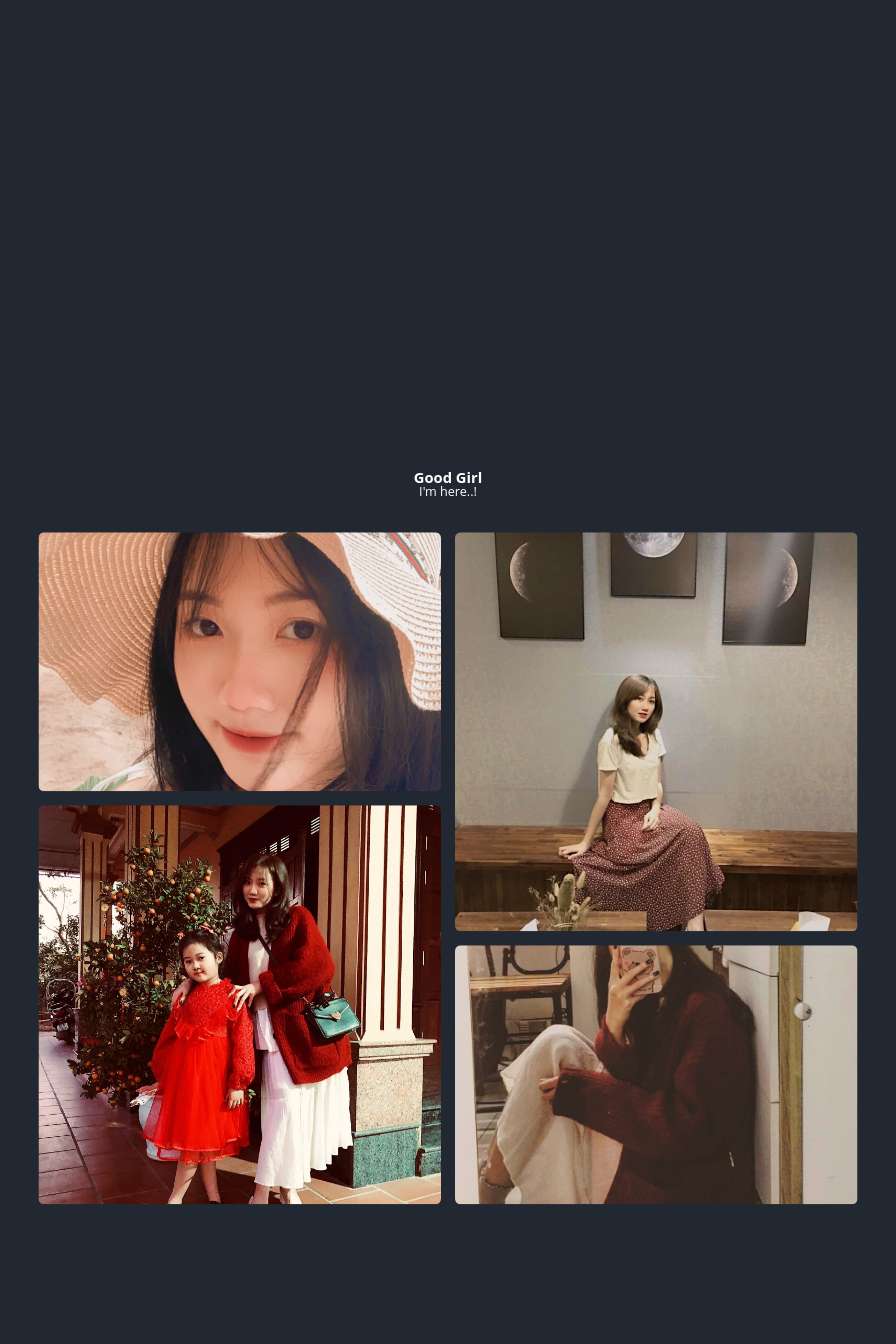
Repository: Datt21/p-happyB
Page: index.html
These files come from the project's save history. The page is drawn as it stood at one moment and after the next save; the edit follows.
The browser window is 1280 px wide. The pictures show the part of the page from y = 969 to 2889 px (the page is 2889 px tall before and 2871 px after), at 70% of full size.
Some icons come from a web library that is not loaded, so they are not drawn.

Above is the page before, as saved 2021-08-31 05:31:16.

### index.html
<!DOCTYPE html>
<html lang="en">
<head>
    <meta charset="UTF-8">
    <meta http-equiv="X-UA-Compatible" content="IE=edge">
    <meta name="viewport" content="width=device-width, initial-scale=1.0">
    <title>Document</title>
    <link rel="stylesheet" href="https://unicons.iconscout.com/release/v4.0.0/css/line.css">
    <link rel="stylesheet" href="./app.css">
</head>
<body>
<div class="wrapper">
    <header class="header">
        <div class="container">
            <div class="header-main">
                <div class="header-info">
                    <img src="./images/lemon.jpg" alt="" class="img-logo">
                    <div class="info">
                        <div class="info-name">Thúy Nga</div>
                        <div class="birth-day">02-09-2000 <i class="uil uil-users-alt"></i> </div>
                    </div>
                </div>

                <div class="menu">
                    <span class="text">Happy special day!</span>
                </div>

                <div class="icon-gift">
                    <a href=""><i class="uil uil-gift"></i></a>
                </div>
            </div>
        </div>
    </header>

    <main>
        <section class="about">
            <div class="container">
                <div class="you-header">
                    <h3 class="caption">Good Girl</h3>
                    <div class="heading">I'm here..!</div>
                </div>
                <div class="about-list">
                    <div class="about-item">
                        <img src="./images/img1.jpg" alt="">
                    </div>
                    <div class="about-item">
                        <img src="./images/img2.jpg" alt="">
                    </div>
                    <div class="about-item">
                        <img src="./images/img3.jpg" alt="">
                    </div>
                    <div class="about-item">
                        <img src="./images/img4.jpg" alt="">
                    </div>
                </div>
            </div>
        </section>
    </main>
</div>
    <script src="./app.js"></script>
</body>
</html>

### app.css
html {
    box-sizing: border-box;
}

* {
    margin: 0;
    padding: 0;
}

*,
*:before,
*:after {
    box-sizing: border-box;
}

a {
    text-decoration: none;
}

img {
    display: block;
    max-width: 100%;
}

html {
    scroll-behavior: smooth;
}

body {
    font-family: "Open sans", sans-serif;
    font-size: 18px;
    line-height: 1;
    color: white;
    background-color: #222831;
    overflow-x: hidden;
}
section[id] {
    scroll-margin-top: 30px;
}

.wrapper {
    max-width: 1920px;
    margin: 0 auto;
    background: url("../images/banner.jpg") no-repeat top/100%;
    /* min-height: 300vh; */
}

main {
    min-height: 200vh;
}
.container {
    max-width: 1200px;
    margin: 0 auto;
    padding: 0 15px;
}

/* .header {
    border-bottom: 1px solid rgba(255, 255, 255, 0.3);
} */
.header-main {
    display: flex;
    justify-content: space-between;
    align-items: center;
    padding: 40px 0;
}
.header-info {
    display: flex;
    align-items: center;
    gap: 0 10px;
    font-size: 20px;
}

.img-logo {
    width: 60px;
    height: 60px;
    border-radius: 50%;
}

.info-name {
    padding-bottom: 10px;
}
.birth-day {
    opacity: 0.6;
}

.menu .text {
    font-style: italic;
    font-size: 40px;
    font-weight: 800;
}

.icon-gift i {
    font-size: 40px;
    color: white;
    font-weight: 600;
}

.about {
    padding-top: 1500px;
    padding-bottom: 200px;
}
.you-header {
    text-align: center;
    max-width: 490px;
    margin: 0 auto;
    padding-bottom: 50px;
}

main {
    min-height: 200vh;
}

.about-list {
    text-align: center;
    display: grid;
    grid-template-columns: 1fr 1fr;
    grid-gap: 20px;
    grid-template-rows: 370px 180px 370px;
}

.about-item {
    border-radius: 8px;
}

.about-item img {
    width: 100%;
    height: 100%;
    object-fit: cover;
    border-radius: inherit;
}

.about-item:nth-child(2) {
    grid-row: 1/3;
    grid-column: 2/3;
}
.about-item:nth-child(3) {
    grid-row: 2/4;
    grid-column: 1/2;
}

Loaded but not shown: app.js (no copy from this time; the picture is the same without it)

After the next save:
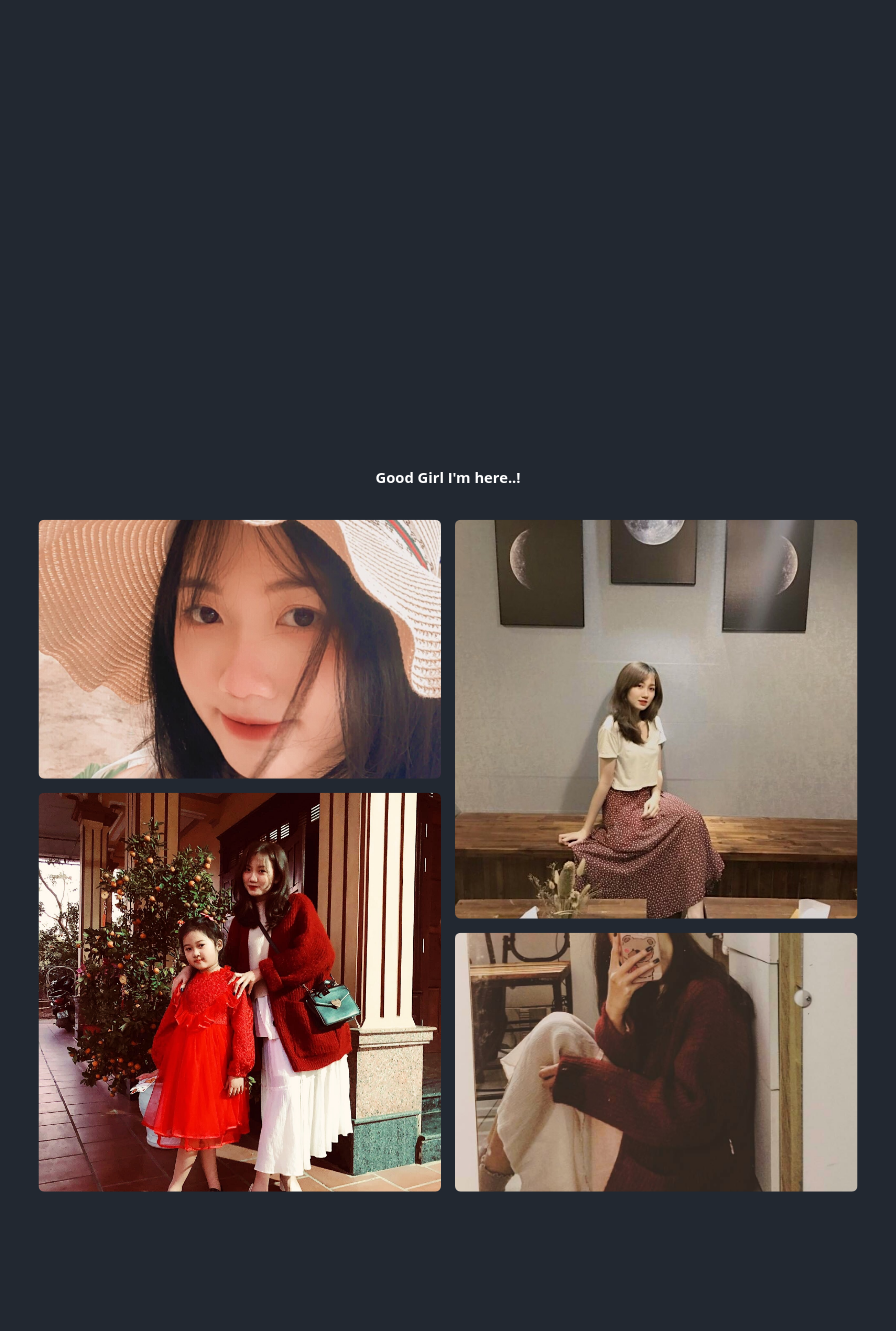
Saved 71 s later.
--- a/index.html
+++ b/index.html
@@ -36,8 +36,7 @@
         <section class="about">
             <div class="container">
                 <div class="you-header">
-                    <h3 class="caption">Good Girl</h3>
-                    <div class="heading">I'm here..!</div>
+                    <h3 class="caption">Good Girl <span class="heading">I'm here..!</span></h3>
                 </div>
                 <div class="about-list">
                     <div class="about-item">
